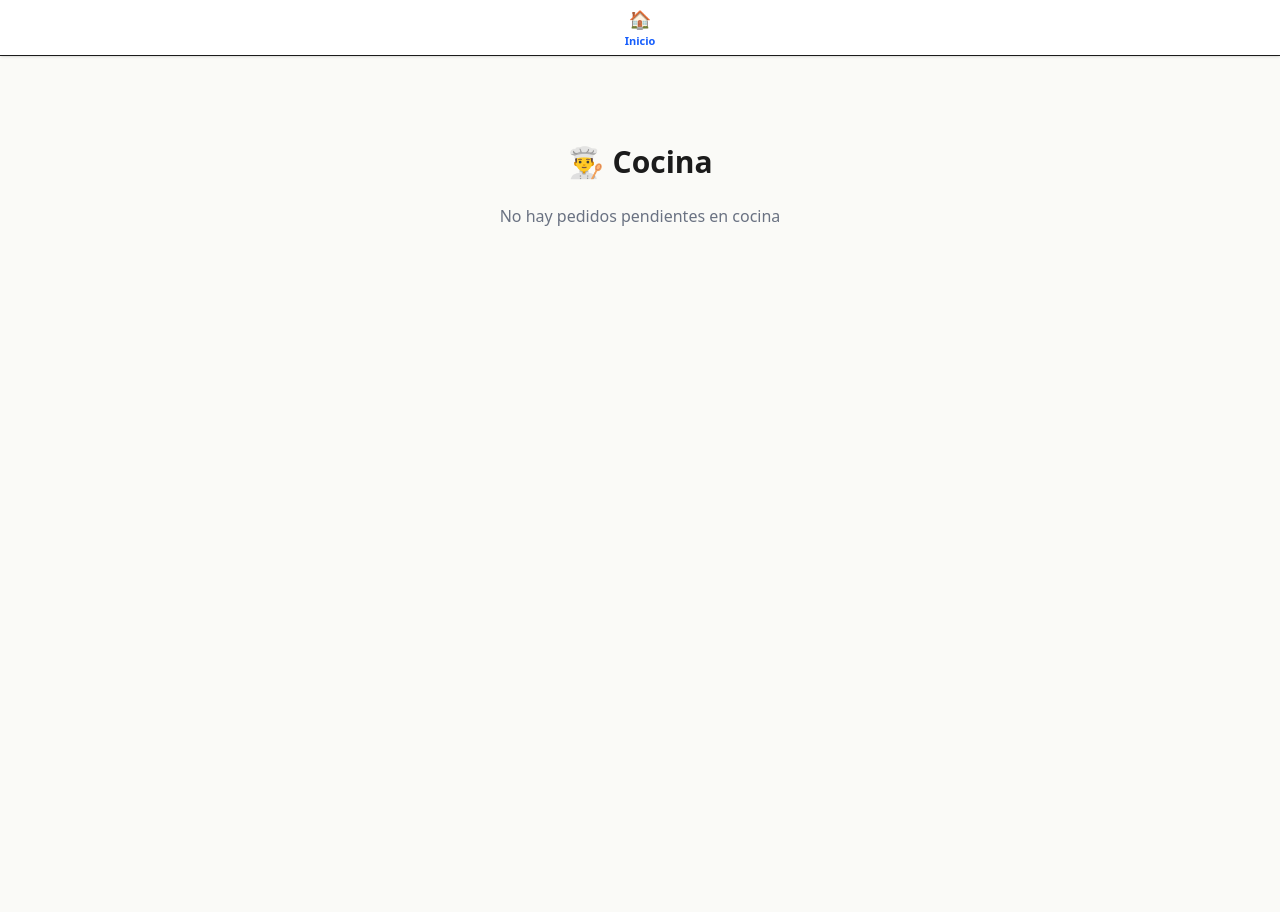
Repository: jrcardenas/sirvaapp
Page: /cocina
The author's editor kept a copy of each file at every save. The page is drawn from the files as they stood at one save, then again after the next save.
The browser window is 1280 px wide. The pictures show the whole page.
The project was rebuilt for these pictures with package versions that can differ from the ones it lists, and the page was loaded fresh each time. The framework's server and built-in components were replaced by stand-ins that run in the browser. Also part of the build but not shown: next.config.ts, app/components/ui/CallWaiterToast.tsx.

Above is the page before, as saved 2025-11-07 22:11:06.

### app/layout.tsx
import type { Metadata } from "next";
import "./globals.css";

import Header from "@/components/layout/Header";
import CallWaiterPopup from "@/components/ui/CallWaiterPopup";
import CallWaiterToast from "@/components/ui/CallWaiterToast";

export const metadata: Metadata = {
  title: "SirvaApp",
  description: "Pide desde tu mesa. Sirve más rápido.",
};

export default function RootLayout({ children }: { children: React.ReactNode }) {
  return (
    <html lang="es">
      <body className="bg-[var(--color-background)] text-[var(--color-text-dark)]">
        <Header />

        {/* ✅ Popup de confirmación */}
        <CallWaiterPopup />

        {/* ✅ Toast flotante */}
        <CallWaiterToast />

        <main className="pt-16 pb-32 max-w-md mx-auto">
          {children}
        </main>
      </body>
    </html>
  );
}

### app/cocina/page.tsx
"use client";

import { useEffect, useState } from "react";
import { useOrderStore } from "@/store/orderStore";

type GrupoItem = {
  id: string;
  name: string;
  price: number;
  cantidad: number;
  estado: "pendienteCocina" | "preparando" | "preparado";
};

export default function CocinaPage() {
  const { mesas, actualizarEstadoItem } = useOrderStore();
  const [pedidosAgrupados, setPedidosAgrupados] = useState<
    Record<string, GrupoItem[]>
  >({});

  // 🔄 Sincronización en tiempo real segura
  useEffect(() => {
    const pedidosChannel = new BroadcastChannel("pedidos_channel");
    pedidosChannel.onmessage = (ev) => {
      if (ev.data?.mesas) {
        requestAnimationFrame(() => {
          useOrderStore.setState({ mesas: structuredClone(ev.data.mesas) });
        });
      }
    };
    return () => pedidosChannel.close();
  }, []);

  // 🧮 Agrupar pedidos que deben aparecer en cocina
  useEffect(() => {
    const agrupado: Record<string, GrupoItem[]> = {};

    for (const [mesaId, mesa] of Object.entries(mesas)) {
      if (!mesa?.items) continue;

      const itemsParaCocina = mesa.items.filter((i) =>
        ["pendienteCocina", "preparando", "preparado"].includes(i.estado ?? "")
      );

      const grupos = Object.values(
        itemsParaCocina.reduce<Record<string, GrupoItem>>((acc, it) => {
          const key = `${it.id}-${it.estado}`;
          if (!acc[key]) {
            acc[key] = {
              id: it.id,
              name: it.name,
              price: it.price,
              cantidad: 0,
              estado: it.estado as GrupoItem["estado"],
            };
          }
          acc[key].cantidad += 1;
          return acc;
        }, {})
      );

      if (grupos.length > 0) agrupado[mesaId] = grupos;
    }

    setPedidosAgrupados(agrupado);
  }, [mesas]);

  const mesasIds = Object.keys(pedidosAgrupados);

  return (
    <main className="min-h-screen bg-background p-5 pt-20 max-w-lg mx-auto">
      <h1 className="text-3xl font-bold text-center mb-6">👨‍🍳 Cocina</h1>

      {mesasIds.length === 0 && (
        <p className="text-center text-gray-500">
          No hay pedidos pendientes en cocina
        </p>
      )}

      <div className="space-y-6">
        {mesasIds.map((mesaId) => (
          <div
            key={mesaId}
            className="p-4 rounded-2xl border shadow bg-white space-y-3"
          >
            <h2 className="text-xl font-bold mb-2">Mesa {mesaId}</h2>

            {pedidosAgrupados[mesaId].map((item) => (
              <div
                key={`${item.id}-${item.estado}`}
                className={`flex justify-between items-center p-3 rounded-xl mb-2 ${
                  item.estado === "pendienteCocina"
                    ? "bg-yellow-100 border-l-4 border-yellow-500"
                    : item.estado === "preparando"
                    ? "bg-orange-100 border-l-4 border-orange-500"
                    : "bg-green-100 border-l-4 border-green-600"
                }`}
              >
                <div>
                  <span className="font-semibold text-lg">{item.name}</span>
                  <p className="text-sm text-gray-600">
                    {item.cantidad}x — {item.price.toFixed(2)} €
                  </p>
                </div>

                <div className="flex gap-2">
                  {item.estado === "pendienteCocina" && (
                    <button
                      className="bg-yellow-500 text-white px-3 py-1 rounded-lg font-semibold hover:bg-yellow-600"
                      onClick={() =>
                        actualizarEstadoItemMesa(mesaId, item.id, "preparando")
                      }
                    >
                      🍳 Preparar
                    </button>
                  )}

                  {item.estado === "preparando" && (
                    <button
                      className="bg-green-600 text-white px-3 py-1 rounded-lg font-semibold hover:bg-green-700"
                      onClick={() =>
                        actualizarEstadoItemMesa(mesaId, item.id, "preparado")
                      }
                    >
                      ✅ Preparado
                    </button>
                  )}

                  {item.estado === "preparado" && (
                    <span className="text-green-700 font-bold">✔️ Listo</span>
                  )}
                </div>
              </div>
            ))}
          </div>
        ))}
      </div>
    </main>
  );

  // 🔧 Cambiar estado de todos los items de ese producto
  function actualizarEstadoItemMesa(
    mesaId: string,
    itemId: string,
    nuevoEstado: "pendienteCocina" | "preparando" | "preparado"
  ) {
    const mesa = mesas[mesaId];
    if (!mesa) return;

    mesa.items
      .filter(
        (i) =>
          i.id === itemId &&
          ["pendienteCocina", "preparando"].includes(i.estado ?? "")
      )
      .forEach((i) => actualizarEstadoItem(mesaId, i.timestamp, nuevoEstado));
  }
}

### app/globals.css
@import "tailwindcss";

/* ✅ Variables globales a juego con tu tailwind.config */
:root {
  --color-background: #FAFAF7;
  --color-surface: #FFFFFF;
  --color-surface-alt: #F3F3EF;

  --color-text-dark: #1B1B1B;
  --color-text-muted: #606060;
  --color-text-disabled: #AFAFAF;

  --color-border: #D4D4D4;

  --color-primary: #2E7D32;
  --color-primary-light: #4CAF50;
  --color-accent: #81C784;
  --color-danger: #C62828;

  --color-disabled-bg: #E6E6E6;
  --color-disabled-text: #A8A8A8;

  --radius: 14px;
  --button-height: 48px;
}

/* ✅ Fuente base limpia y moderna */
body {
  font-family: system-ui, -apple-system, BlinkMacSystemFont, "Segoe UI",
    Roboto, "Helvetica Neue", Arial, sans-serif;
  background-color: var(--color-background);
  color: var(--color-text-dark);
  -webkit-tap-highlight-color: transparent;
}

/* ✅ Utilidades de color para usar con clases Tailwind */
.bg-background { background-color: var(--color-background); }
.bg-surface { background-color: var(--color-surface); }
.bg-surfaceAlt { background-color: var(--color-surface-alt); }

.text-textDark { color: var(--color-text-dark); }
.text-textMuted { color: var(--color-text-muted); }
.text-disabledText { color: var(--color-text-disabled); }

.border-border { border-color: var(--color-border); }

.bg-primary { background-color: var(--color-primary); }
.bg-primaryLight { background-color: var(--color-primary-light); }
.bg-accent { background-color: var(--color-accent); }
.bg-danger { background-color: var(--color-danger); }

.bg-disabledBg { background-color: var(--color-disabled-bg); }

/* ✅ Botones sin texto invisible */
.disabled\:text-disabledText:disabled {
  color: var(--color-disabled-text);
}

/* ✅ Animaciones */
@keyframes fadeIn {
  from { opacity: 0; }
  to { opacity: 1; }
}

@keyframes slideUp {
  from { opacity: 0; transform: translateY(20px); }
  to { opacity: 1; transform: translateY(0); }
}

.animate-modal {
  animation: fadeIn 0.25s ease-out forwards,
             slideUp 0.25s ease-out forwards;
}

.animate-fade-in {
  animation: fadeIn 0.25s ease-out;
}

.animate-toast {
  animation: fadeIn 0.3s ease-out;
}

### app/components/layout/Header.tsx
"use client";

import { usePathname, useParams, useRouter } from "next/navigation";
import { useOrderStore } from "@/store/orderStore";
import { useEffect, useRef, useState } from "react";

type CallItem = {
  label: string;
  icon: string;
  visible: boolean;
  action: "call";
};

type LinkItem = {
  href: string;
  label: string;
  icon: string;
  visible: boolean;
};

type NavItem = CallItem | LinkItem;
function isLinkItem(item: NavItem): item is LinkItem {
  return "href" in item;
}

export default function Header() {
  const pathname = usePathname();
  const router = useRouter();
  const { mesas, llamarCamarero } = useOrderStore();

  const params = useParams() as Record<string, string | string[]>;
  const mesaId =
    typeof params?.id === "string"
      ? params.id
      : Array.isArray(params?.id)
      ? params.id[0]
      : undefined;

  const mesa = mesaId ? mesas[mesaId] : undefined;
  const llamada = mesa?.llamada ?? false;

  const [showPopup, setShowPopup] = useState(false);
  const [showToast, setShowToast] = useState(false);

  const dingRef = useRef<HTMLAudioElement | null>(null);

  // ✅ Prepara sonido (solo se reproduce cuando responde camarero)
  useEffect(() => {
    dingRef.current = new Audio("/sounds/ding.mp3");
    dingRef.current!.volume = 1;
  }, []);

  // ✅ Escucha notificación del camarero ➝ Toast + sonido
  useEffect(() => {
    if (!mesaId) return;

    const notify = new BroadcastChannel("notify_channel");

    notify.onmessage = (ev) => {
      const data = ev.data;
      if (!data || data.mesaId !== mesaId) return;

      if (data.mensaje === "camareroEnCamino") {
        dingRef.current?.play().catch(() => null);
        setShowToast(true);
        setTimeout(() => setShowToast(false), 3000);
      }
    };

    return () => notify.close();
  }, [mesaId]);

  const navItems: NavItem[] = [
    { href: "/", label: "Inicio", icon: "🏠", visible: true },
    {
      href: mesaId ? `/mesa/${mesaId}/menu` : "/",
      label: "Menú",
      icon: "🍽️",
      visible: !!mesaId,
    },
    {
      href: mesaId ? `/mesa/${mesaId}/cuenta` : "/",
      label: "Cuenta",
      icon: "🧾",
      visible: !!mesaId,
    },
    {
      label: llamada ? "Esperando" : "Llamar",
      icon: "🛎️",
      visible: !!mesaId,
      action: "call",
    },
    {
      href: mesaId ? `/mesa/${mesaId}/info` : "/",
      label: "Info",
      icon: "ℹ️",
      visible: !!mesaId,
    },
  ];

  // ✅ Cliente confirma que quiere llamar
  const handleConfirmCall = () => {
    if (!mesaId) return;

    llamarCamarero(mesaId);

    const pedidos = new BroadcastChannel("pedidos_channel");
    pedidos.postMessage({
      tipo: "llamada",
      mesaId,
      mesas: useOrderStore.getState().mesas,
    });
    pedidos.close();

    setShowPopup(false);
  };

  const handleClick = (item: NavItem) => {
    if (!item.visible) return;

    if (!isLinkItem(item)) {
      if (!llamada) setShowPopup(true);
      return;
    }

    router.push(item.href);
  };

  return (
    <>
      {/* ✅ Barra navegación */}
      <header className="w-full h-14 bg-white border-b shadow-sm fixed top-0 z-50">
        <nav className="flex justify-around items-center max-w-md mx-auto h-full text-[11px]">
          {navItems.filter((i) => i.visible).map((item) => {
            const isActive =
              isLinkItem(item) && pathname?.startsWith(item.href);
            const isCallActive = !isLinkItem(item) && llamada;

            return (
              <button
                key={item.label}
                onClick={() => handleClick(item)}
                className={`flex flex-col items-center relative ${
                  isActive || isCallActive
                    ? "text-blue-600 font-bold"
                    : "text-gray-500"
                }`}
              >
                <span className="text-lg">{item.icon}</span>
                <span>{item.label}</span>

                {!isLinkItem(item) && llamada && (
                  <span className="absolute top-0 right-0 w-2 h-2 bg-red-500 rounded-full animate-ping" />
                )}
              </button>
            );
          })}
        </nav>
      </header>

      {/* ✅ Confirmación llamada */}
      {showPopup && (
        <div className="fixed inset-0 bg-black/40 flex items-center justify-center z-50">
          <div className="bg-white rounded-2xl p-6 w-80 shadow-xl">
            <h3 className="text-lg font-bold text-center mb-4">
              ¿Llamar al camarero?
            </h3>

            <div className="flex gap-2">
              <button
                className="w-1/2 bg-gray-300 py-2 rounded-xl font-semibold"
                onClick={() => setShowPopup(false)}
              >
                ❌ Cancelar
              </button>

              <button
                className="w-1/2 bg-blue-600 text-white rounded-xl font-bold py-2"
                onClick={handleConfirmCall}
              >
                ✅ Llamar
              </button>
            </div>
          </div>
        </div>
      )}

      {/* ✅ Toast cuando camarero responde */}
      {showToast && (
        <div className="fixed bottom-24 left-1/2 -translate-x-1/2 bg-green-600 text-white px-4 py-2 rounded-full shadow-xl font-bold animate-fadeInOut">
          👋 El camarero está en camino
        </div>
      )}
    </>
  );
}

### app/components/ui/CallWaiterPopup.tsx
"use client";
import { useEffect, useState } from "react";

export default function CallWaiterPopup() {
  const [showPopup, setShowPopup] = useState(false);
  const [showToast, setShowToast] = useState(false);

  const handleConfirm = () => {
    setShowPopup(false);
    setShowToast(true);

    setTimeout(() => setShowToast(false), 2500);
  };

  useEffect(() => {
    const handler = () => setShowPopup(true);

    document.addEventListener("call-waiter", handler);
    return () => document.removeEventListener("call-waiter", handler);
  }, []);

  return (
    <>
      {/* ✅ Popup Confirmación */}
      {showPopup && (
        <div className="fixed inset-0 bg-black/50 backdrop-blur-sm flex items-center justify-center z-50 animate-fade-in">
          <div className="bg-white rounded-2xl p-6 w-80 shadow-xl animate-modal">

            <h3 className="text-lg font-bold text-center mb-3 text-[var(--color-text-dark)]">
              ¿Llamar al camarero?
            </h3>

            <p className="text-center text-[var(--color-text-dark)] mb-4">
              Le avisaremos enseguida 🚶‍♂️
            </p>

            <div className="flex gap-2">
              <button
                className="w-1/2 py-2 rounded-lg bg-gray-300 font-semibold"
                onClick={() => setShowPopup(false)}
              >
                ❌ Cancelar
              </button>

              <button
                className="w-1/2 py-2 rounded-lg bg-[var(--color-primary)] text-white font-semibold"
                onClick={handleConfirm}
              >
                🛎️ Llamar
              </button>
            </div>

          </div>
        </div>
      )}

      {/* ✅ Toast animado */}
      {showToast && (
        <div className="fixed bottom-32 left-1/2 -translate-x-1/2
                        bg-[var(--color-primary)] text-white px-4 py-2
                        rounded-full shadow-xl animate-toast z-[9999]">
          🛎️ ¡Camarero avisado!
        </div>
      )}
    </>
  );
}

### app/data/menu.ts
// ✅ Tipo del producto del menú
export type MenuItemType = {
  id: string;
  name: string;
  price: number;
  categoria: string;
  destino: "cocina" | "barra"; // 👈 Nuevo campo
};

// ✅ Menú completo global
export const MENU_ITEMS: MenuItemType[] = [
  // 🍹 Bebidas → barra
  { id: "1", name: "Cerveza", price: 2.0, categoria: "Bebidas", destino: "barra" },
  { id: "2", name: "Coca-Cola", price: 2.2, categoria: "Bebidas", destino: "barra" },
  { id: "3", name: "Agua", price: 1.5, categoria: "Bebidas", destino: "barra" },
  { id: "4", name: "Tinto de Verano", price: 2.8, categoria: "Bebidas", destino: "barra" },
  { id: "5", name: "Café con Leche", price: 1.5, categoria: "Bebidas", destino: "barra" },

  // 🍟 Tapas → cocina
  { id: "6", name: "Patatas Bravas", price: 4.0, categoria: "Tapas", destino: "cocina" },
  { id: "7", name: "Croquetas", price: 4.5, categoria: "Tapas", destino: "cocina" },
  { id: "8", name: "Tortilla Española", price: 3.5, categoria: "Tapas", destino: "cocina" },
  { id: "9", name: "Calamares", price: 5.5, categoria: "Tapas", destino: "cocina" },

  // 🥘 Raciones → cocina
  { id: "10", name: "Jamón Ibérico", price: 9.5, categoria: "Raciones", destino: "cocina" },
  { id: "11", name: "Gambas al Ajillo", price: 10.5, categoria: "Raciones", destino: "cocina" },
  { id: "12", name: "Huevos Rotos", price: 8.5, categoria: "Raciones", destino: "cocina" },
  { id: "19", name: "Pulpo a la Gallega", price: 14.0, categoria: "Raciones", destino: "cocina" },
  { id: "20", name: "Chistorra", price: 7.0, categoria: "Raciones", destino: "cocina" },
  { id: "21", name: "Ensaladilla Rusa", price: 6.5, categoria: "Raciones", destino: "cocina" },

  // 🥪 Bocadillos → cocina
  { id: "13", name: "Bocadillo de Lomo", price: 4.5, categoria: "Bocadillos", destino: "cocina" },
  { id: "14", name: "Bocadillo Vegetal", price: 4.2, categoria: "Bocadillos", destino: "cocina" },
  { id: "15", name: "Perrito Caliente", price: 4.0, categoria: "Bocadillos", destino: "cocina" },

  // 🍰 Postres → barra (postres fríos)
  { id: "16", name: "Tarta de Queso", price: 4.8, categoria: "Postres", destino: "barra" },
  { id: "17", name: "Helado 2 bolas", price: 3.2, categoria: "Postres", destino: "barra" },
  { id: "18", name: "Flan Casero", price: 3.5, categoria: "Postres", destino: "barra" },
];

Loaded but not shown: app/store/orderStore.ts (339 lines, source omitted)

After the next save:
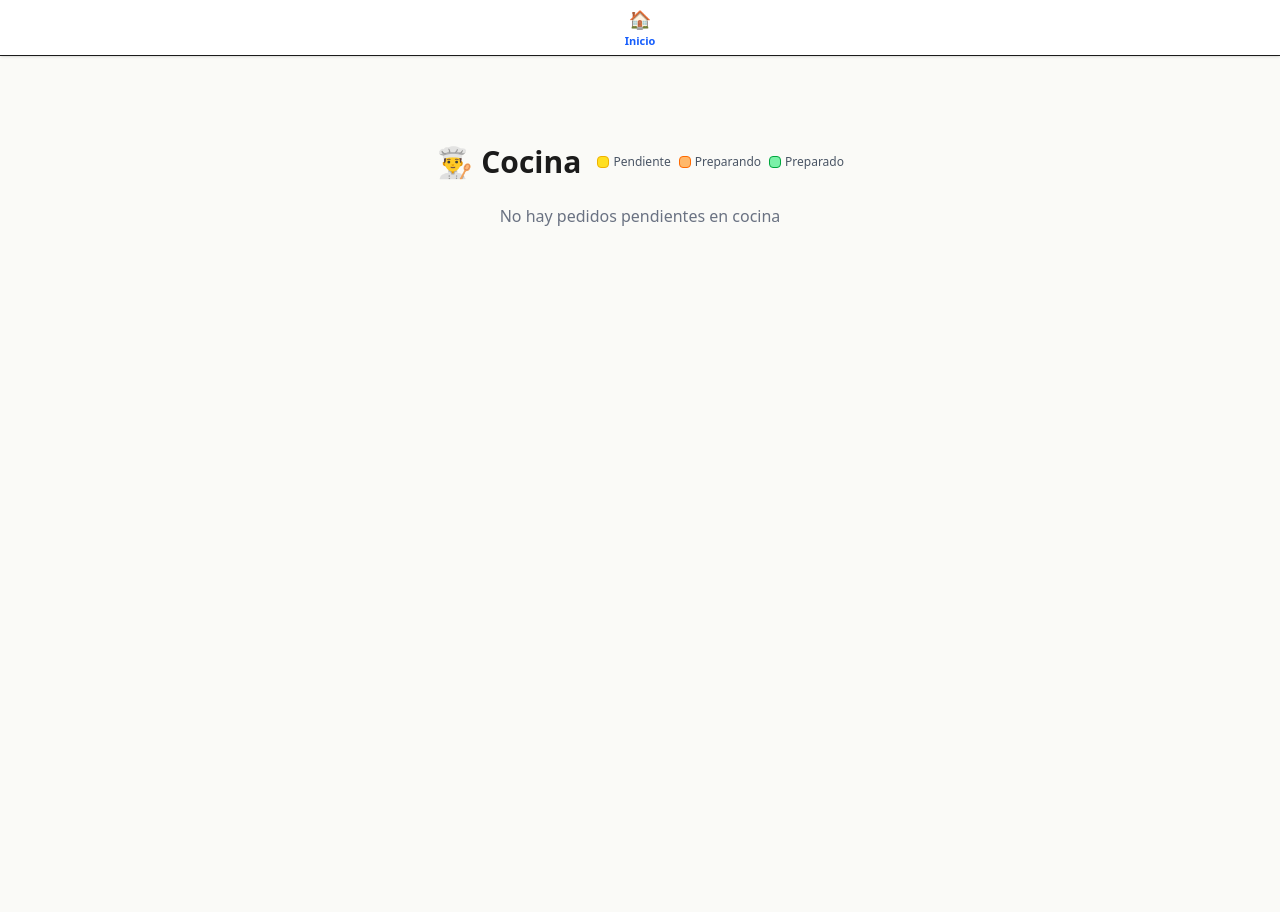
Saved 3 min 18 s later.
--- a/app/cocina/page.tsx
+++ b/app/cocina/page.tsx
@@ -1,6 +1,6 @@
 "use client";
 
-import { useEffect, useState } from "react";
+import { useEffect, useMemo, useState } from "react";
 import { useOrderStore } from "@/store/orderStore";
 
 type GrupoItem = {
@@ -13,9 +13,7 @@ type GrupoItem = {
 
 export default function CocinaPage() {
   const { mesas, actualizarEstadoItem } = useOrderStore();
-  const [pedidosAgrupados, setPedidosAgrupados] = useState<
-    Record<string, GrupoItem[]>
-  >({});
+  const [pedidosAgrupados, setPedidosAgrupados] = useState<Record<string, GrupoItem[]>>({});
 
   // 🔄 Sincronización en tiempo real segura
   useEffect(() => {
@@ -30,15 +28,21 @@ export default function CocinaPage() {
     return () => pedidosChannel.close();
   }, []);
 
-  // 🧮 Agrupar pedidos que deben aparecer en cocina
+  // 🧮 Agrupar SOLO lo que debe aparecer en cocina:
+  // - destino === "cocina"
+  // - !entregado (no servido)
+  // - estado ∈ { pendienteCocina, preparando, preparado }
   useEffect(() => {
     const agrupado: Record<string, GrupoItem[]> = {};
 
     for (const [mesaId, mesa] of Object.entries(mesas)) {
       if (!mesa?.items) continue;
 
-      const itemsParaCocina = mesa.items.filter((i) =>
-        ["pendienteCocina", "preparando", "preparado"].includes(i.estado ?? "")
+      const itemsParaCocina = mesa.items.filter(
+        (i) =>
+          i.destino === "cocina" &&
+          !i.entregado &&
+          ["pendienteCocina", "preparando", "preparado"].includes(i.estado ?? "")
       );
 
       const grupos = Object.values(
@@ -64,24 +68,22 @@ export default function CocinaPage() {
     setPedidosAgrupados(agrupado);
   }, [mesas]);
 
-  const mesasIds = Object.keys(pedidosAgrupados);
+  const mesasIds = useMemo(() => Object.keys(pedidosAgrupados).sort((a, b) => Number(a) - Number(b)), [pedidosAgrupados]);
 
   return (
     <main className="min-h-screen bg-background p-5 pt-20 max-w-lg mx-auto">
-      <h1 className="text-3xl font-bold text-center mb-6">👨‍🍳 Cocina</h1>
+      <header className="flex items-center justify-between mb-6">
+        <h1 className="text-3xl font-bold text-center">👨‍🍳 Cocina</h1>
+        <Legend />
+      </header>
 
       {mesasIds.length === 0 && (
-        <p className="text-center text-gray-500">
-          No hay pedidos pendientes en cocina
-        </p>
+        <p className="text-center text-gray-500">No hay pedidos pendientes en cocina</p>
       )}
 
       <div className="space-y-6">
         {mesasIds.map((mesaId) => (
-          <div
-            key={mesaId}
-            className="p-4 rounded-2xl border shadow bg-white space-y-3"
-          >
+          <div key={mesaId} className="p-4 rounded-2xl border shadow bg-white space-y-3">
             <h2 className="text-xl font-bold mb-2">Mesa {mesaId}</h2>
 
             {pedidosAgrupados[mesaId].map((item) => (
@@ -106,9 +108,8 @@ export default function CocinaPage() {
                   {item.estado === "pendienteCocina" && (
                     <button
                       className="bg-yellow-500 text-white px-3 py-1 rounded-lg font-semibold hover:bg-yellow-600"
-                      onClick={() =>
-                        actualizarEstadoItemMesa(mesaId, item.id, "preparando")
-                      }
+                      onClick={() => actualizarEstadoItemMesa(mesaId, item.id, "preparando")}
+                      title="Pasar a preparando"
                     >
                       🍳 Preparar
                     </button>
@@ -117,9 +118,8 @@ export default function CocinaPage() {
                   {item.estado === "preparando" && (
                     <button
                       className="bg-green-600 text-white px-3 py-1 rounded-lg font-semibold hover:bg-green-700"
-                      onClick={() =>
-                        actualizarEstadoItemMesa(mesaId, item.id, "preparado")
-                      }
+                      onClick={() => actualizarEstadoItemMesa(mesaId, item.id, "preparado")}
+                      title="Marcar como preparado"
                     >
                       ✅ Preparado
                     </button>
@@ -137,7 +137,7 @@ export default function CocinaPage() {
     </main>
   );
 
-  // 🔧 Cambiar estado de todos los items de ese producto
+  // 🔧 Cambiar estado de *todos* los items de ese producto (mesa + producto)
   function actualizarEstadoItemMesa(
     mesaId: string,
     itemId: string,
@@ -150,8 +150,30 @@ export default function CocinaPage() {
       .filter(
         (i) =>
           i.id === itemId &&
+          i.destino === "cocina" &&
+          !i.entregado &&
           ["pendienteCocina", "preparando"].includes(i.estado ?? "")
       )
       .forEach((i) => actualizarEstadoItem(mesaId, i.timestamp, nuevoEstado));
   }
 }
+
+/* ╳ Pequeña leyenda visual de estados */
+function Legend() {
+  return (
+    <div className="hidden sm:flex items-center gap-2 text-xs text-gray-600">
+      <span className="inline-flex items-center gap-1">
+        <i className="inline-block w-3 h-3 bg-yellow-300 rounded-sm border border-yellow-500" />
+        Pendiente
+      </span>
+      <span className="inline-flex items-center gap-1">
+        <i className="inline-block w-3 h-3 bg-orange-300 rounded-sm border border-orange-500" />
+        Preparando
+      </span>
+      <span className="inline-flex items-center gap-1">
+        <i className="inline-block w-3 h-3 bg-green-300 rounded-sm border border-green-600" />
+        Preparado
+      </span>
+    </div>
+  );
+}
